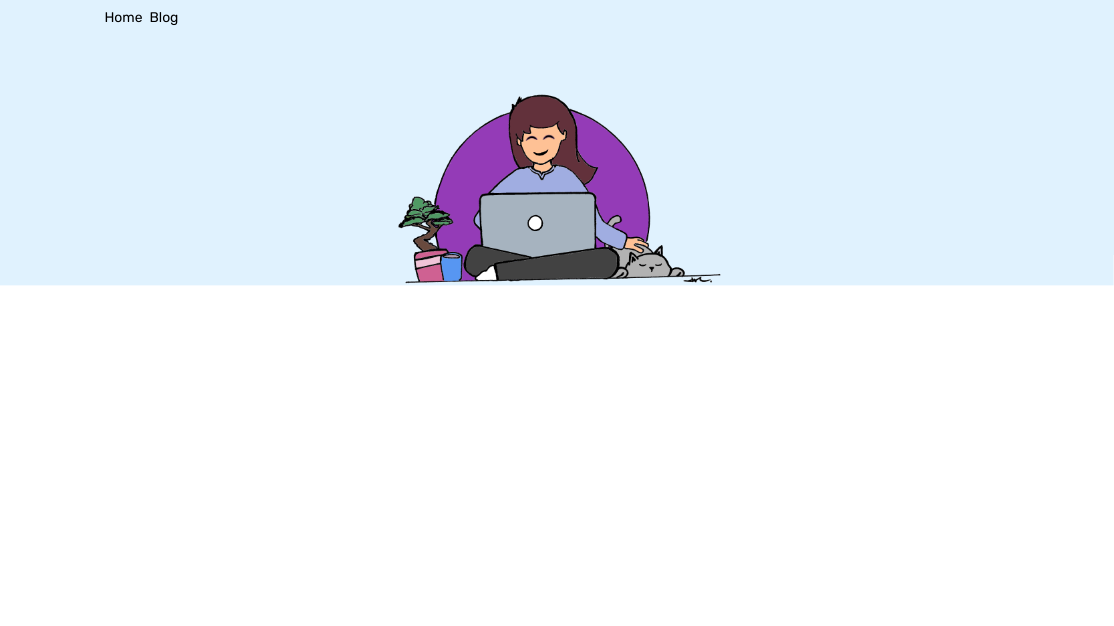
Repository: Risclover/markdown-blog
Page: /
The author's editor kept a copy of each file at every save. The page is drawn from the files as they stood at one save, then again after a run of saves.
The browser window is 1280 px wide. The pictures show the whole page, at 87% of full size.
The project was rebuilt for these pictures with package versions that can differ from the ones it lists, and the page was loaded fresh each time. Also part of the build but not shown: src/pages/Post.js, src/ErrorPage.js.

Above is the page before, as saved 2023-06-29 04:24:09.

After the next 5 saves:
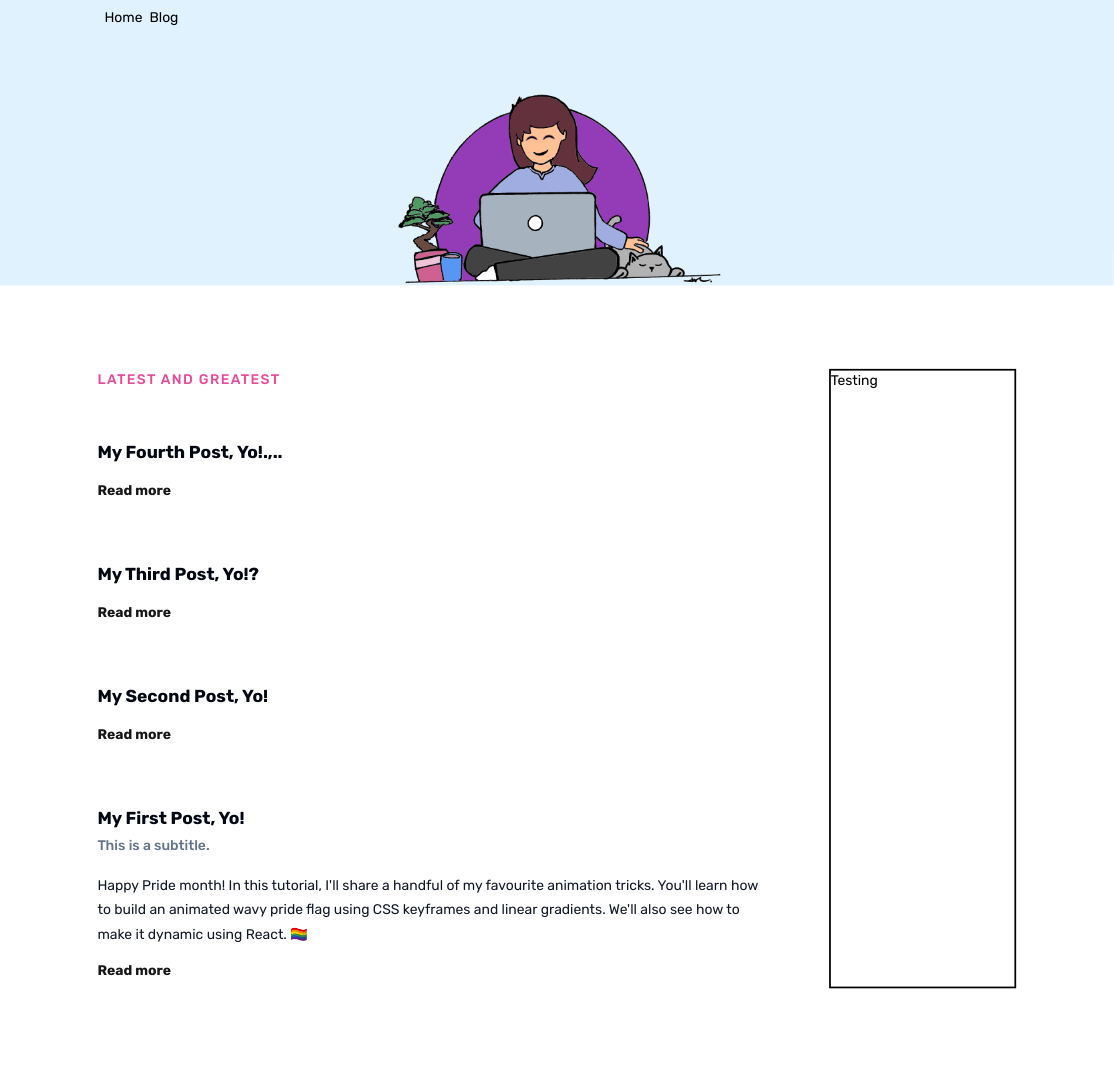
The 5 saves are shown as one change because 2 did not build or start and some came seconds apart.
The last was saved 40 s later.
--- a/src/index.js
+++ b/src/index.js
@@ -8,6 +8,7 @@ import "./index.css";
 import App from "./App";
 import ErrorPage from "./ErrorPage";
 import Post from "./pages/Post";
+import Home from "./pages/Home";
 
 const router = createBrowserRouter([
   {
@@ -15,6 +16,10 @@ const router = createBrowserRouter([
     element: <App />,
     errorElement: <ErrorPage />,
     children: [
+      {
+        path: "/",
+        element: <Home />,
+      },
       {
         path: "/posts/:id",
         element: <Post postList={postList} />,
